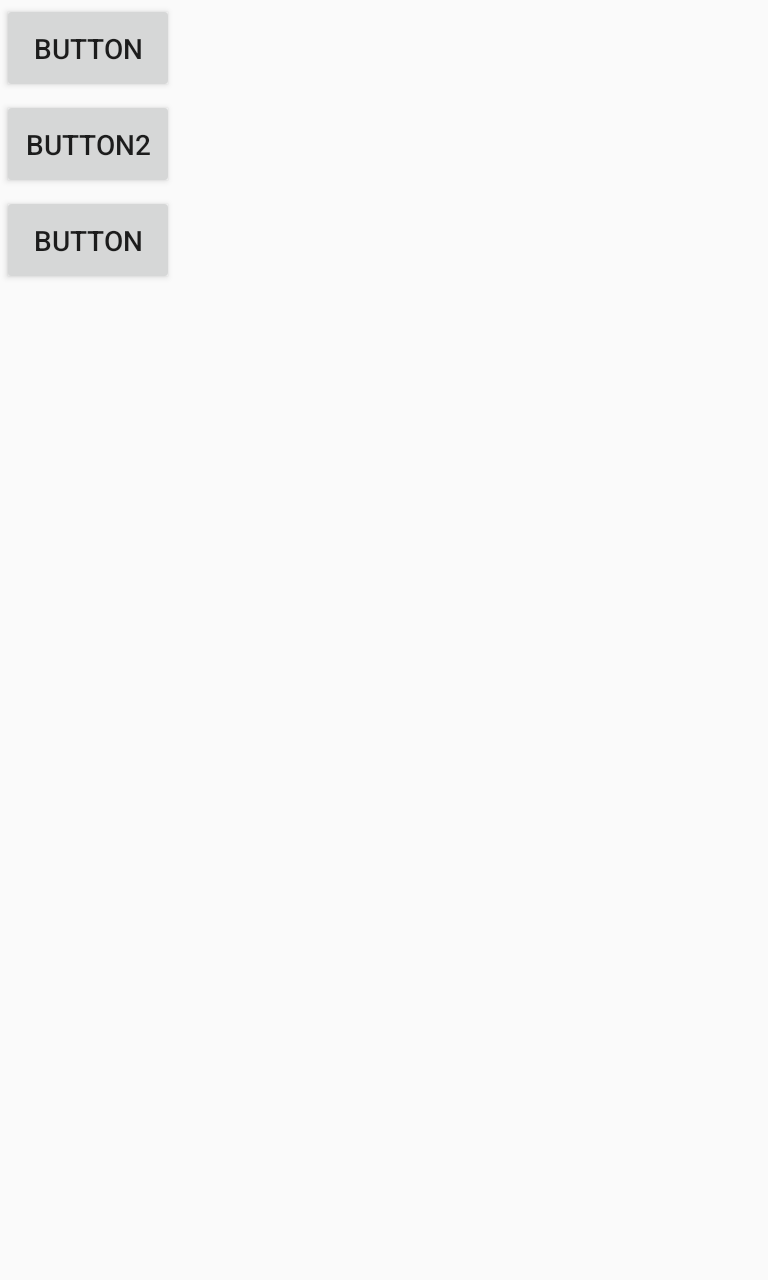
Repository: PaulAlfred/Android_Exercises
Layout: MoreLayouts/res/layout/arranged_equally_layout.xml
An editor plug-in stored every save of this project. The layout is shown before and after the next save, followed by the edit.
It is drawn on a 768 x 1280 px phone screen (xhdpi) without system bars, with theme AppTheme; the app's code is not run.

Above is the layout before, as saved 2014-10-24 07:22:36.

### MoreLayouts/res/layout/arranged_equally_layout.xml
<?xml version="1.0" encoding="utf-8"?>
<LinearLayout xmlns:android="http://schemas.android.com/apk/res/android"
    android:layout_width="match_parent"
    android:layout_height="match_parent"
    android:orientation="vertical" >

    <Button
        android:id="@+id/button1"
        android:layout_width="wrap_content"
        android:layout_height="wrap_content"
        android:text="Button" />

    <Button
        android:id="@+id/button2"
        android:layout_width="wrap_content"
        android:layout_height="wrap_content"
        android:text="Button2"
        />

    <Button
        android:id="@+id/button3"
        android:layout_width="wrap_content"
        android:layout_height="wrap_content"
        android:text="Button" />

</LinearLayout>

Loaded but not shown: MoreLayouts/res/values/styles.xml (common file); MoreLayouts/res/values-v11/styles.xml (common file); MoreLayouts/res/values-v14/styles.xml (common file)

After the next save:
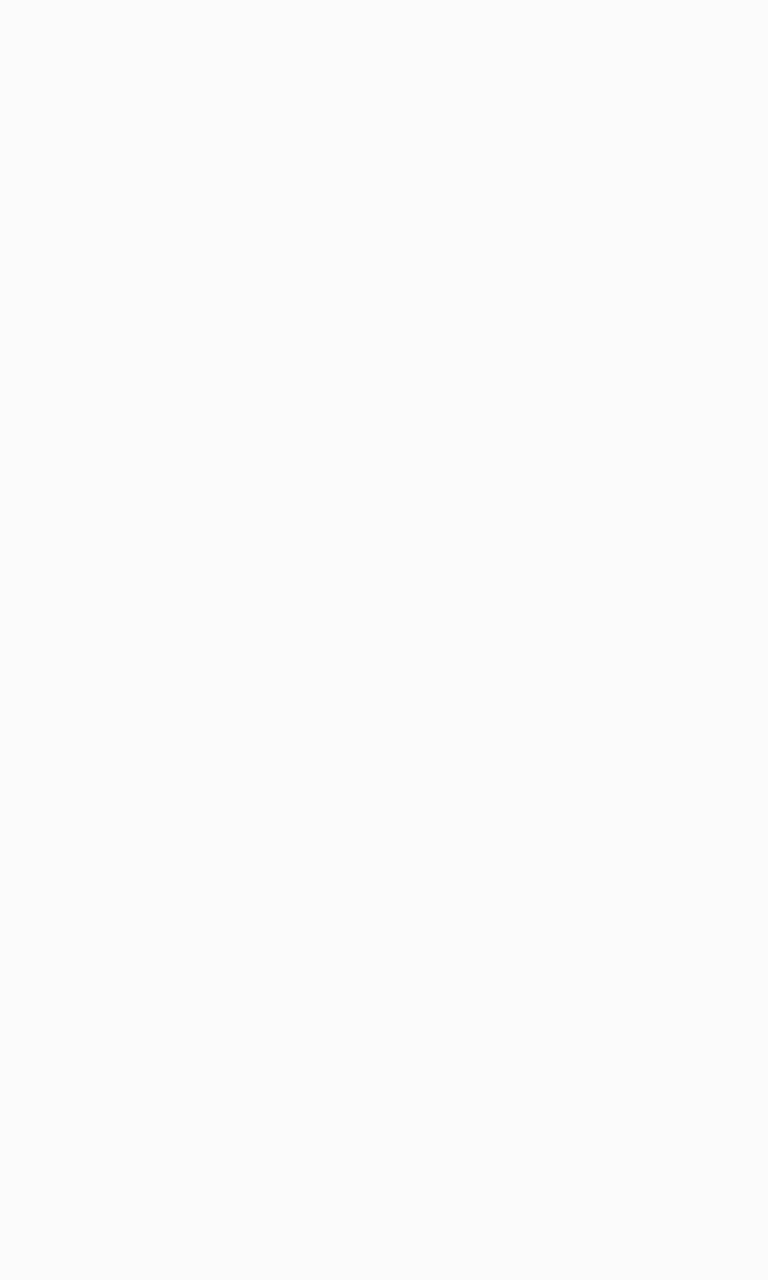
Saved 72 s later.
--- a/MoreLayouts/res/layout/arranged_equally_layout.xml
+++ b/MoreLayouts/res/layout/arranged_equally_layout.xml
@@ -2,7 +2,7 @@
 <LinearLayout xmlns:android="http://schemas.android.com/apk/res/android"
     android:layout_width="match_parent"
     android:layout_height="match_parent"
-    android:orientation="vertical" >
+    android:orientation="vertical" />
 
     <Button
         android:id="@+id/button1"
@@ -22,5 +22,3 @@
         android:layout_width="wrap_content"
         android:layout_height="wrap_content"
         android:text="Button" />
-
-</LinearLayout>

After the save that followed:
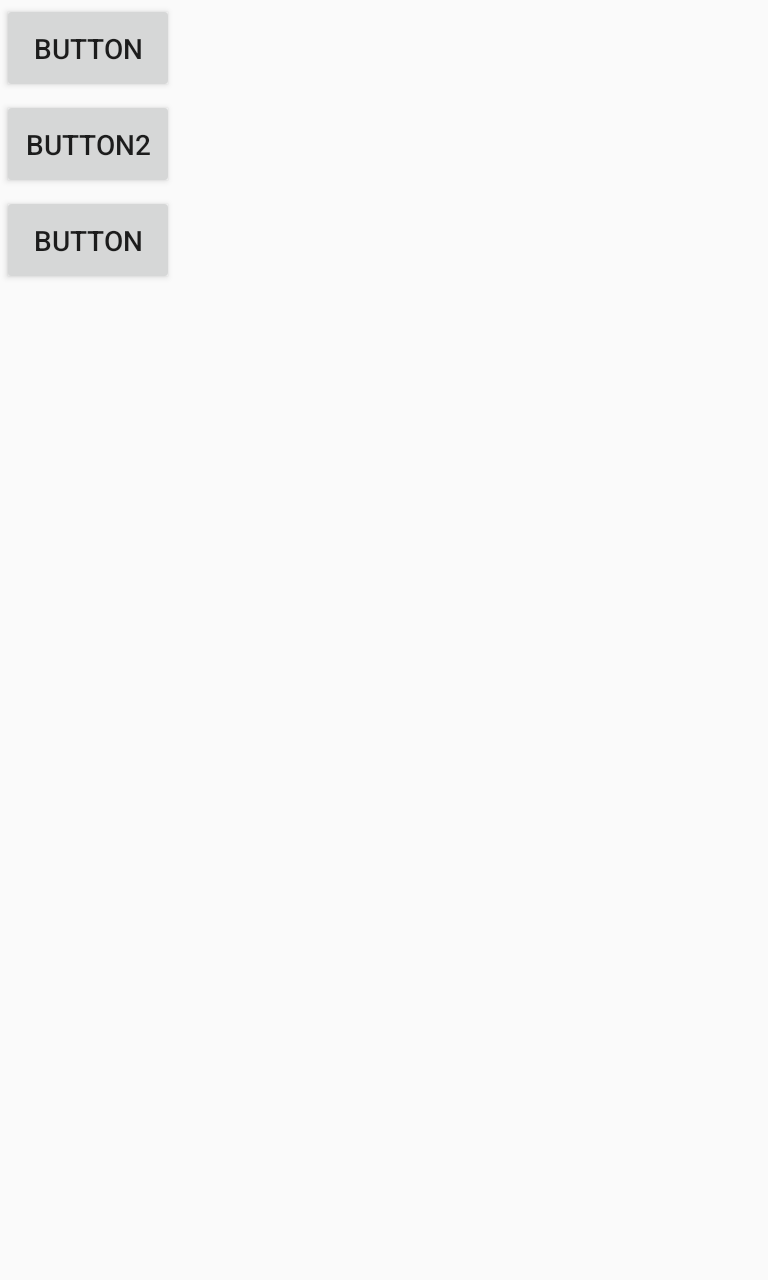
Saved 34 s later.
--- a/MoreLayouts/res/layout/arranged_equally_layout.xml
+++ b/MoreLayouts/res/layout/arranged_equally_layout.xml
@@ -2,7 +2,7 @@
 <LinearLayout xmlns:android="http://schemas.android.com/apk/res/android"
     android:layout_width="match_parent"
     android:layout_height="match_parent"
-    android:orientation="vertical" />
+    android:orientation="vertical" >
 
     <Button
         android:id="@+id/button1"
@@ -22,3 +22,5 @@
         android:layout_width="wrap_content"
         android:layout_height="wrap_content"
         android:text="Button" />
+
+</LinearLayout>
